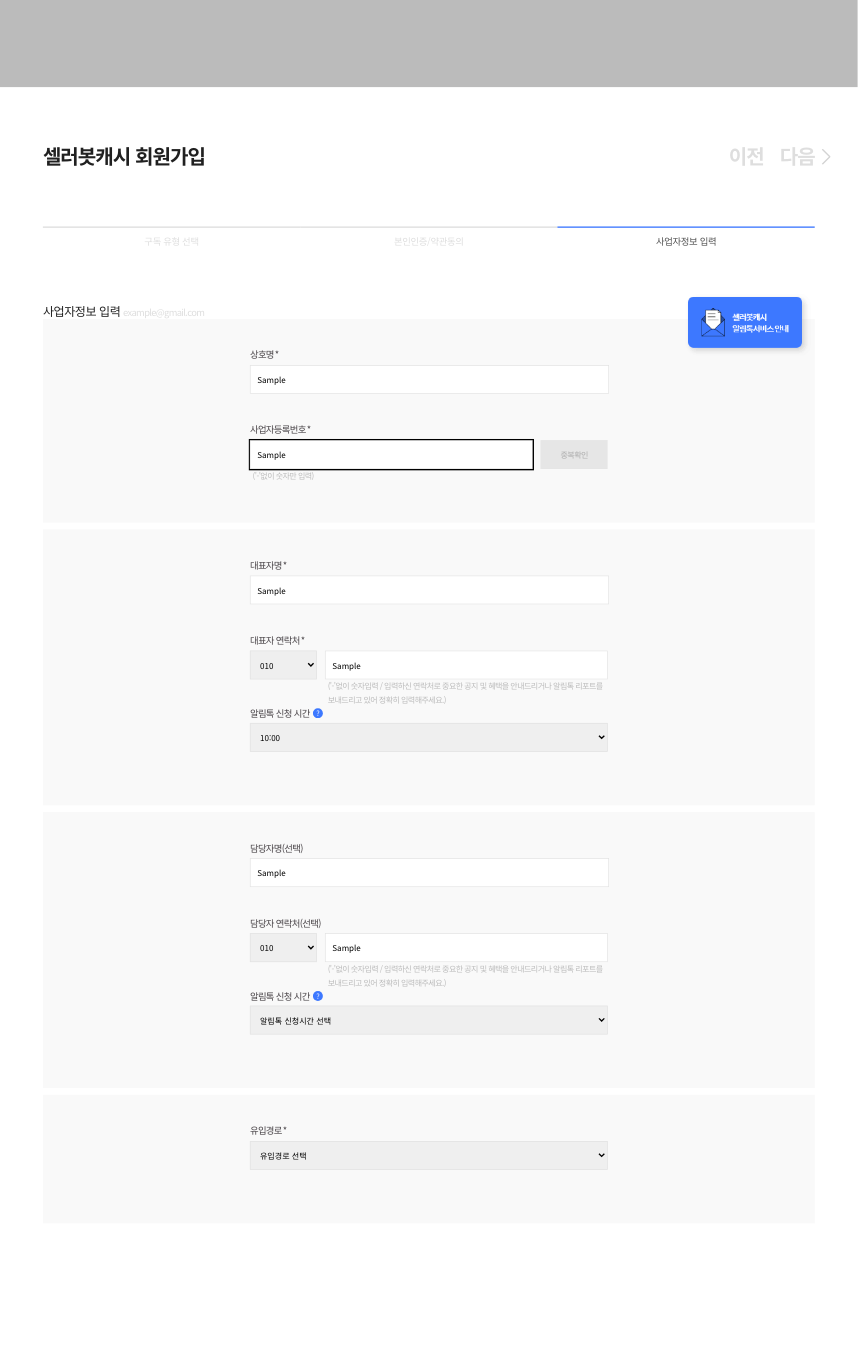
Repository: elemapfelr/ownServer
Page: test-server/web/sellerbot_signup/step_03.html
These files come from the project's save history. The page is drawn as it stood at one moment and after the next save; the edit follows.
The browser window is 1280 px wide. The pictures show the whole page, at 67% of full size.
Empty fields were first filled with sample values (such as "Sample", 5 or name@example.com).
After loading, the first visible `#nextStep` was clicked once.
The style sheet was rebuilt from its Sass, Less or Tailwind sources for each picture, by a compiler version that may differ from the author's.

Above is the page before, as saved 2023-03-10 17:14:51.

After the next save:
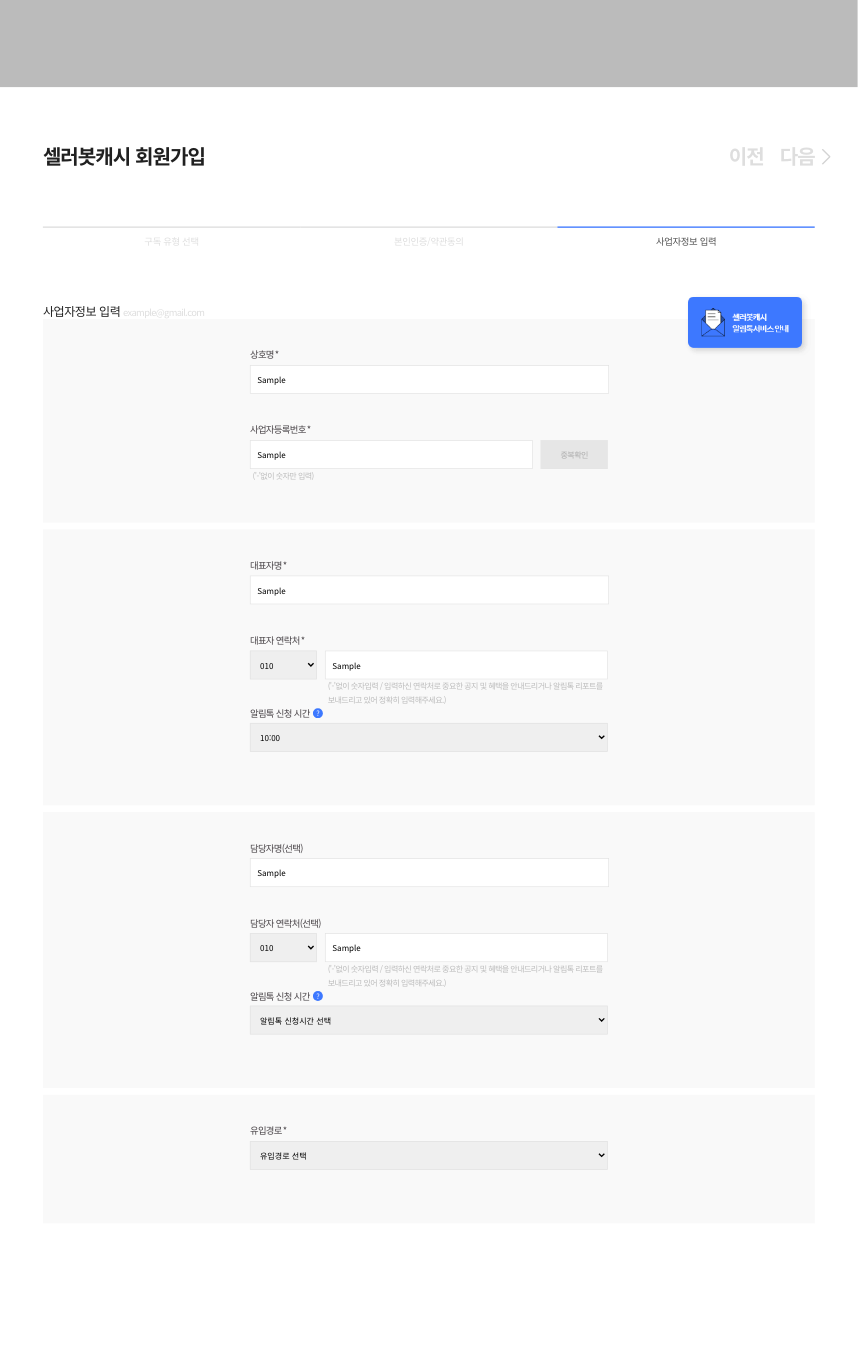
Saved 35 s later.
--- a/test-server/web/sellerbot_signup/js/step_03.js
+++ b/test-server/web/sellerbot_signup/js/step_03.js
@@ -69,7 +69,7 @@ document.querySelector('#nextStep').addEventListener('click', () => {
 		return false;
 	}
 	if (document.querySelector('#bizNumCheck').dataset.verified !== true) {
-		document.querySelector('#bizNum').focus();
+		document.querySelector('#bizNumCheck').focus();
 	}
 
 	if (document.querySelector('#nextStep').classList.contains('active')) {
